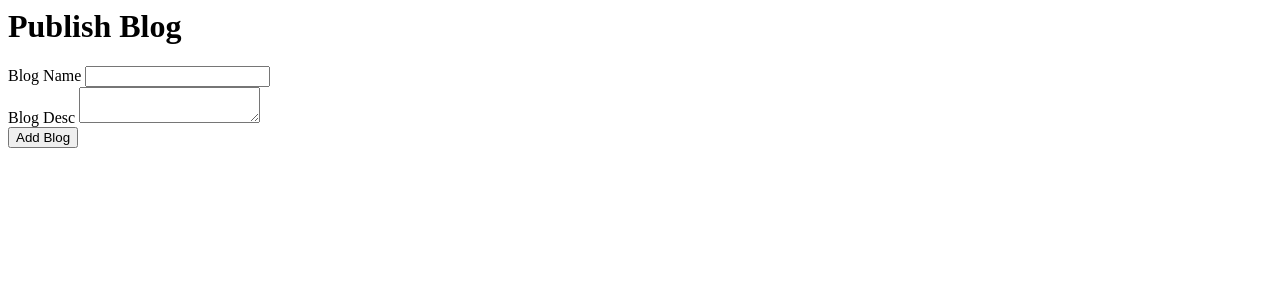
Repository: SmithaMendonca/Project-2
Page: EduCollaborationFrontend/WebContent/c_blog/Blog.html
These files come from the project's save history. The page is drawn as it stood at one moment and after the next save; the edit follows.
The browser window is 1280 px wide. The pictures show the whole page.

Above is the page before, as saved 2019-07-16 05:22:33.

### EduCollaborationFrontend/WebContent/c_blog/Blog.html
<div ng-controller="BlogController">

<div class="container">
    <h1 class="well">Publish Blog</h1>
	<div class="col-lg-12 well">
	<div class="row">

	  <div class="col-sm-12">
	     <div class="row">
	        <div class="col-sm-6 form-group">
				<label>Blog Name</label>
					<input type="text" name="userName" ng-model="blog.blogName"  class="form-control">
				</div>
			  </div>

			   <div class="row">
					  <div class="col-sm-6 form-group">
						<label>Blog Desc</label>
						<textarea rows="" cols=""  class="form-control" name="password" ng-model="blog.blogContent" id="pass"></textarea>
					  </div>
					 </div>

				<button type="submit" class="btn btn-lg btn-info" ng-click="addBlog()" value="Publish Blog">Add Blog</button>
			</div>

	  </div>
	</div>
</div>
</div>

After the next save:
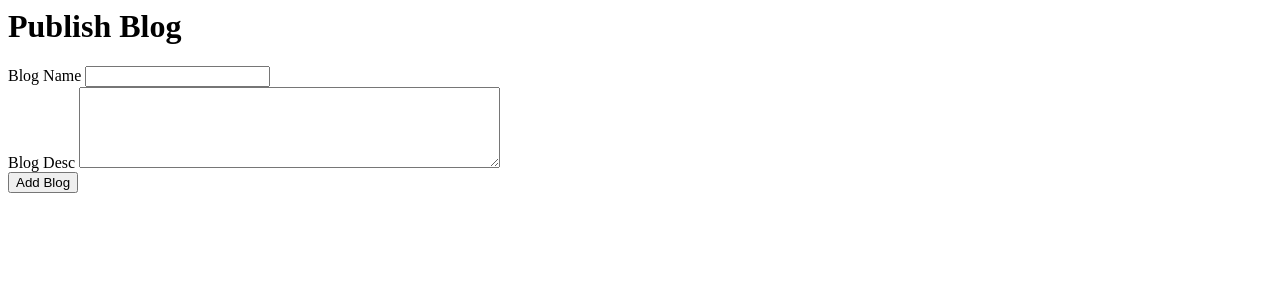
Saved 28 s later.
--- a/EduCollaborationFrontend/WebContent/c_blog/Blog.html
+++ b/EduCollaborationFrontend/WebContent/c_blog/Blog.html
@@ -16,7 +16,7 @@
 			   <div class="row">
 					  <div class="col-sm-6 form-group">
 						<label>Blog Desc</label>
-						<textarea rows="" cols=""  class="form-control" name="password" ng-model="blog.blogContent" id="pass"></textarea>
+						<textarea rows="5" cols="50"  class="form-control" name="password" ng-model="blog.blogContent" id="pass"></textarea>
 					  </div>
 					 </div>
 
